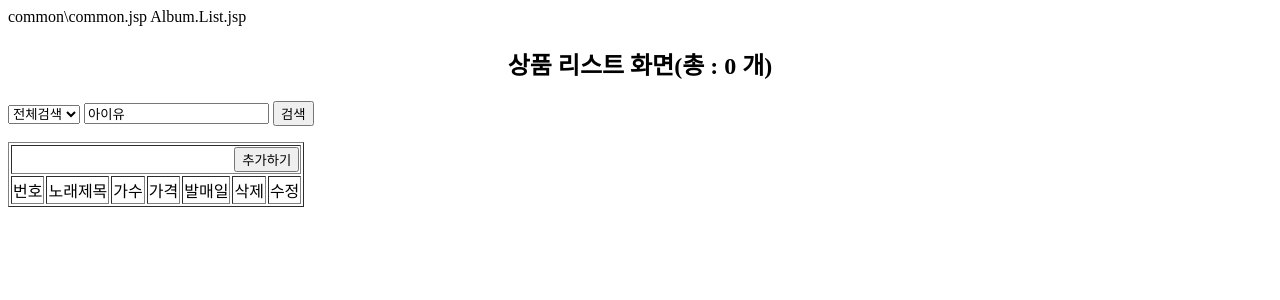
Repository: ChanhoPark-s/academyStudy
Page: http://localhost/13_Spring_MyBatis_Album/WEB-INF/album/AlbumList.jsp
These files come from the project's save history. The page is drawn as it stood at one moment and after the next save; the edit follows.
The browser window is 1280 px wide. The pictures show the whole page.
The page is served by Tomcat 9. Nobody is signed in. Other server files are loaded and not shown. The template is opened directly, without the code that normally fills it, so the values that code supplies are empty.

Above is the page before, as saved 2022-08-24 01:39:04.

### 13_Spring_MyBatis_Album/src/main/webapp/WEB-INF/album/AlbumList.jsp
<%@ page language="java" contentType="text/html; charset=UTF-8"
    pageEncoding="UTF-8"%>

<script type="text/javascript">
	function insert(){
		//alert(1);

		location.href="insert.ab";
	}

</script>

<%@ include file = "../common/common.jsp" %>
Album.List.jsp<br>

<h2 align="center">상품 리스트 화면(총 : ${fn:length(lists) } 개)</h2>
<form action="list.ab" method="get">
	<select name="whatColumn">
		<option value="">전체검색
		<option value="title">노래제목
		<option value="singer">가수명
	</select>
	<input type="text" name="keyword" value="아이유">
	<input type="submit" value="검색">
</form>

<table border="1">
	<tr>
		<td colspan="7" align="right">
			<input type="button" value="추가하기" onClick="insert()">
		</td>
	</tr>
	<tr>
		<td>번호</td>
		<td>노래제목</td>
		<td>가수</td>
		<td>가격</td>
		<td>발매일</td>
		<td>삭제</td>
		<td>수정</td>
	</tr>
	<c:forEach var="ab" items="${ lists}">
		<tr>
			<td>${ab.num }</td>
			<td>
			<a href="detail.ab?num=${ab.num }">${ab.title }</a></td>
			<td>${ab.singer }</td>
			<td>
				<fmt:formatNumber pattern="###,###" value="${ab.price }" var="price"/>${price }원
			</td>
			<td>
				<fmt:parseDate var="formattedDay" value="${ab.day }" pattern="yyyy-MM-dd"/>
				<fmt:formatDate var="newformattedDay" value="${formattedDay }" pattern="yyyy-MM-dd"/>
				${newformattedDay }
			</td>
			<td><a href="delete.ab?num=${ab.num }">삭제</a></td>
			<td><a href="update.ab?num=${ab.num }">수정</a></td>
		</tr>
	</c:forEach>

</table>

### 13_Spring_MyBatis_Album/src/main/webapp/WEB-INF/common/common.jsp
<%@ page language="java" contentType="text/html; charset=UTF-8"
    pageEncoding="UTF-8"%>
common\common.jsp

<!-- 유효성 검사 -->
<%@taglib prefix="form" uri="http://www.springframework.org/tags/form" %>

<%@ taglib prefix="c" uri="http://java.sun.com/jsp/jstl/core" %>
<%@ taglib prefix="fn" uri="http://java.sun.com/jsp/jstl/functions" %>
<%@ taglib prefix="fmt" uri="http://java.sun.com/jsp/jstl/fmt" %>

After the next save:
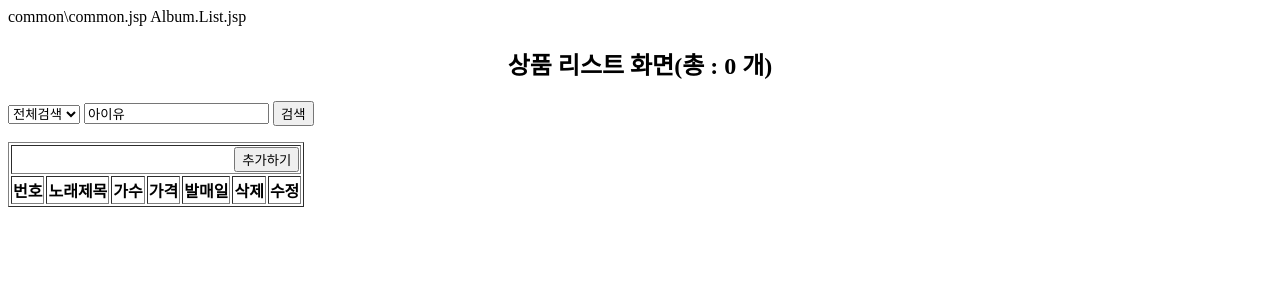
Saved 15 s later.
--- a/13_Spring_MyBatis_Album/src/main/webapp/WEB-INF/album/AlbumList.jsp
+++ b/13_Spring_MyBatis_Album/src/main/webapp/WEB-INF/album/AlbumList.jsp
@@ -31,13 +31,13 @@ Album.List.jsp<br>
 		</td>
 	</tr>
 	<tr>
-		<td>번호</td>
-		<td>노래제목</td>
-		<td>가수</td>
-		<td>가격</td>
-		<td>발매일</td>
-		<td>삭제</td>
-		<td>수정</td>
+		<th>번호</th>
+		<th>노래제목</td>
+		<th>가수</td>
+		<th>가격</td>
+		<th>발매일</td>
+		<th>삭제</td>
+		<th>수정</td>
 	</tr>
 	<c:forEach var="ab" items="${ lists}">
 		<tr>
